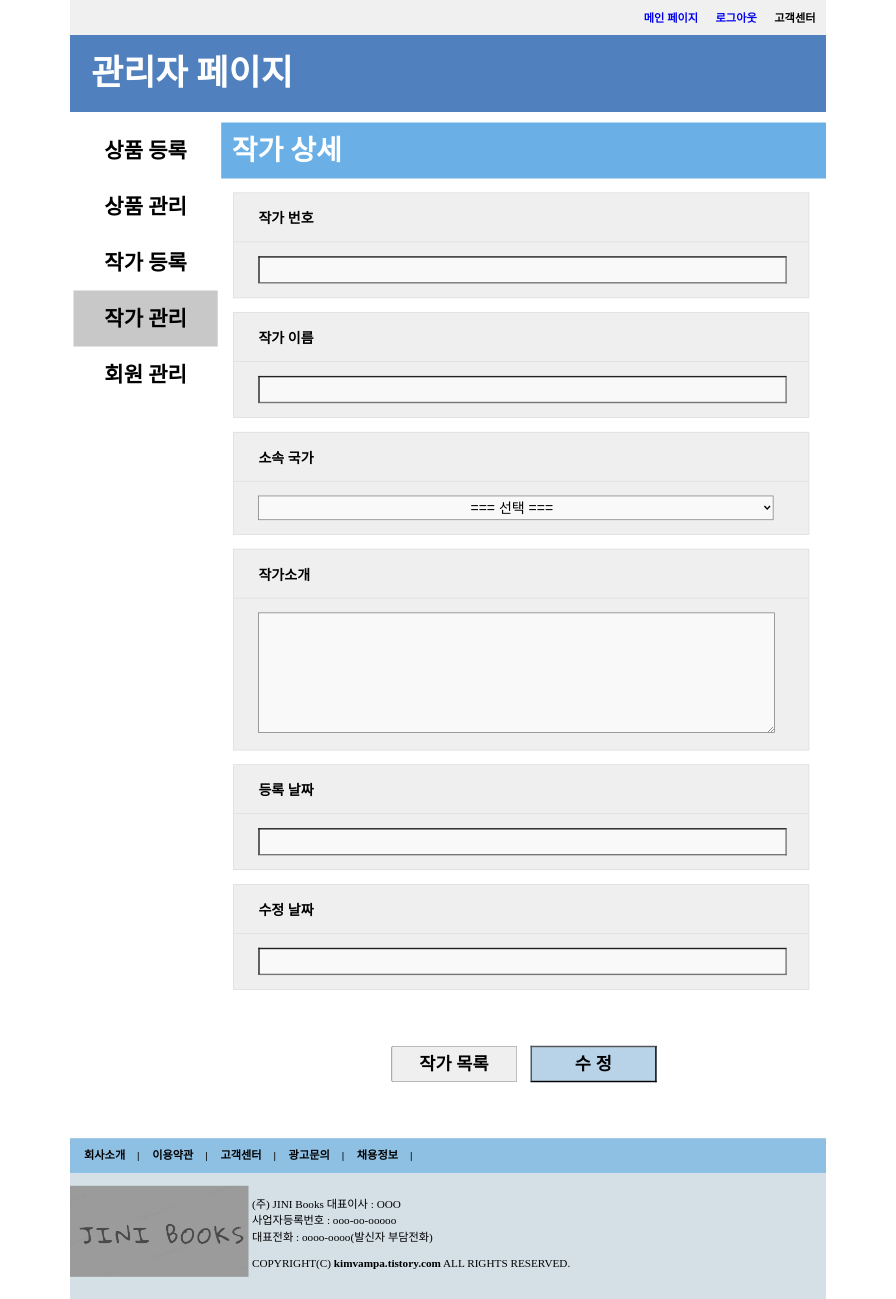
Repository: leechanjin7/ShoppingMall
Page: http://localhost/ShoppingMall/WEB-INF/views/admin/authorDetail.jsp
These files come from the project's save history. The page is drawn as it stood at one moment and after the next save; the edit follows.
The browser window is 1280 px wide. The pictures show the whole page, at 70% of full size.
After loading, the first visible `#cancelBtn` was clicked once.
The page is served by Tomcat 9. Nobody is signed in. Other server files are loaded and not shown. The template is opened directly, without the code that normally fills it, so the values that code supplies are empty.

Above is the page before, as saved 2023-09-08 05:10:33.

### workspace/ShoppingMall/src/main/webapp/WEB-INF/views/admin/authorDetail.jsp
<%@ page language="java" contentType="text/html; charset=UTF-8"
    pageEncoding="UTF-8"%>
<%@ taglib uri="http://java.sun.com/jsp/jstl/core" prefix="c" %>
<%@ taglib prefix="fmt" uri="http://java.sun.com/jsp/jstl/fmt"%>
<!DOCTYPE html>
<html>
<head>
<meta charset="UTF-8">
<title>Insert title here</title>
<link rel="stylesheet" href="../resources/css/admin/authorDetail.css">

<script
  src="https://code.jquery.com/jquery-3.4.1.js"
  integrity="sha256-WpOohJOqMqqyKL9FccASB9O0KwACQJpFTUBLTYOVvVU="
  crossorigin="anonymous"></script>
</head>
<body>
				<%@include file="../includes/admin/header.jsp" %>
                <div class="admin_content_wrap">
                    <div class="admin_content_subject"><span>작가 상세</span></div>
                    <div class="admin_content_main">
                   		<div class="form_section">
                   			<div class="form_section_title">
                   				<label>작가 번호</label>
                   			</div>
                   			<div class="form_section_content">
                   				<input class="input_block" name="authorId" readonly="readonly" value="<c:out value='${authorInfo.authorId }'></c:out>">

                   			</div>
                   		</div>
                   		<div class="form_section">
                   			<div class="form_section_title">
                   				<label>작가 이름</label>
                   			</div>
                   			<div class="form_section_content">
                   				<input class="input_block" name="authorName" readonly="readonly" value="<c:out value='${authorInfo.authorName }'></c:out>" >
                   			</div>
                   		</div>
                   		<div class="form_section">
                   			<div class="form_section_title">
                   				<label>소속 국가</label>
                   			</div>
                   			<div class="form_section_content">
                   				<select class="input_block" name="nationId" >
                   					<option value="none" selected disabled="disabled">=== 선택 ===</option>
                   					<option value="01" disabled="disabled" <c:out value=" ${authorInfo.nationId eq '01' ?'selected':''}"/>>국내</option>
                   					<option value="02" disabled="disabled" <c:out value=" ${authorInfo.nationId eq '02' ?'selected':''}"/>>국외</option>
                   				</select>
                   			</div>
                   		</div>
                   		<div class="form_section">
                   			<div class="form_section_title">
                   				<label>작가소개</label>
                   			</div>
                   			<div class="form_section_content">
                   				<textarea class="input_block" name="authorIntro" readonly="readonly"><c:out value='${authorInfo.authorIntro }'/></textarea>
                   			</div>
                   		</div>
                   		<div class="form_section">
                   			<div class="form_section_title">
                   				<label>등록 날짜</label>
                   			</div>
                   			<div class="form_section_content">
                   				<input class="input_block" type="text" readonly="readonly" value="<fmt:formatDate value="${authorInfo.regDate}" pattern="yyyy-MM-dd"/>">
                   			</div>
                   		</div>
                   		                   		                   		<div class="form_section">
                   			<div class="form_section_title">
                   				<label>수정 날짜</label>
                   			</div>
                   			<div class="form_section_content">
                   				<input class="input_block" type="text" readonly="readonly" value="<fmt:formatDate value="${authorInfo.updateDate}" pattern="yyyy-MM-dd"/>">
                   			</div>
                   		</div>
                   			<div class="btn_section">
                   				<button id="cancelBtn" class="btn">작가 목록</button>
	                    		<button id="modifyBtn" class="btn modify_btn">수 정</button>
	                    	</div>
                    </div>
                </div>

                <form id="moveForm" method="get">
                	<input type="hidden" name="authorId" value='<c:out value="${authorInfo.authorId }"/>'>
                	<input type="hidden" name="pageNum" value='<c:out value="${cri.pageNum }"/>'>
                	<input type="hidden" name="amount" value='<c:out value="${cri.amount }"/>' >
                	<input type="hidden" name="keyword" value='<c:out value="${cri.keyword }"/>'>
                </form>
				<%@include file="../includes/admin/footer.jsp" %>


<script>

	let meveForm = $("#moveForm");

	//작가 관리 페이지 이동 버튼
	$("#cancelBtn").on("click", function(e){

		e.preventDefault();
	})

</script>


</body>
</html>

### workspace/ShoppingMall/src/main/webapp/WEB-INF/views/includes/admin/header.jsp
<%@ page language="java" contentType="text/html; charset=UTF-8"
    pageEncoding="UTF-8"%>


    <div class="wrapper">
        <div class="wrap">
            <!-- gnv_area -->
            <div class="top_gnb_area">
                <ul class="list">
                    <li><a href="/main">메인 페이지</a></li>
                    <li><a href="/member/logout.do">로그아웃</a></li>
                    <li>고객센터</li>
                </ul>
            </div>
            <!-- top_subject_area -->
            <div class="admin_top_wrap">
                <span>관리자 페이지</span>

            </div>
            <!-- contents-area -->
            <div class="admin_wrap">
                <!-- 네비영역 -->
                <div class="admin_navi_wrap">
                  <ul>
                      <li >
                          <a class="admin_list_01" href="/admin/goodsEnroll">상품 등록</a>
                      </li>
                      <li>
                          <a class="admin_list_02" href="/admin/goodsManage">상품 관리</a>
                      </li>
                      <lI>
                          <a class="admin_list_03" href="/admin/authorEnroll">작가 등록</a>
                      </lI>
                      <lI>
                          <a class="admin_list_04" href="/admin/authorManage">작가 관리</a>
                      </lI>
                      <lI>
                          <a class="admin_list_05">회원 관리</a>
                      </lI>
                  </ul>
                </div>

### workspace/ShoppingMall/src/main/webapp/WEB-INF/views/includes/admin/footer.jsp
<%@ page language="java" contentType="text/html; charset=UTF-8"
    pageEncoding="UTF-8"%>

     <div class="clearfix"></div>
            </div>


        <!-- Footer 영역 -->
        <div class="footer_nav">
            <div class="footer_nav_container">
                <ul>
                    <li>회사소개</li>
                    <span class="line">|</span>
                    <li>이용약관</li>
                    <span class="line">|</span>
                    <li>고객센터</li>
                    <span class="line">|</span>
                    <li>광고문의</li>
                    <span class="line">|</span>
                    <li>채용정보</li>
                    <span class="line">|</span>
                </ul>
            </div>
        </div> <!-- class="footer_nav" -->

        <div class="footer">
            <div class="footer_container">

                <div class="footer_left">
                    <img src="resources/img/Logo.png">
                </div>
                <div class="footer_right">
                    (주) JINI Books    대표이사 : OOO
                    <br>
                    사업자등록번호 : ooo-oo-ooooo
                    <br>
                    대표전화 : oooo-oooo(발신자 부담전화)
                    <br>
                    <br>
                    COPYRIGHT(C) <strong>kimvampa.tistory.com</strong>    ALL RIGHTS RESERVED.
                </div>
                <div class="clearfix"></div>
            </div>
        </div> <!-- class="footer" -->

        </div>
    </div>

### workspace/ShoppingMall/src/main/webapp/resources/css/admin/authorDetail.css
@charset "UTF-8";
*{
	margin: 0;
	padding:0;
}
a{
	text-decoration: none;
}
ul{
    list-style: none;
}
/* 화면 전체 렙 */
.wrapper{
	width: 100%;
}
/* content 랩 */
.wrap{
	width : 1080px;
	margin: auto;
}
/* 홈페이지 기능 네비 */
.top_gnb_area{
	width: 100%;
    height: 50px;
    background-color: #f0f0f1;
    position:relative;
}
.top_gnb_area .list{
	position: absolute;
    top: 0px;
    right: 0;

}
.top_gnb_area .list li{
	list-style: none;
    float : left;
    padding: 13px 15px 0 10px;
    font-weight: 900;
    cursor: pointer;
}

/* 관리제 페이지 상단 현페이지 정보 */
.admin_top_wrap{
    height:110px;
    line-height: 110px;
    background-color: #5080bd;
    margin-bottom:15px;
}
.admin_top_wrap>span{
    margin-left: 30px;
    display:inline-block;
    color: white;
    font-size: 50px;
    font-weight: bolder;
}
/* 관리자 wrap(네비+컨텐츠) */
.admin_wrap{


}

/* 관리자페이지 네비 영역 */
.admin_navi_wrap{
    width: 20%;
    height: 300px;
    float:left;
    height: 100%;
}
.admin_navi_wrap li{
    display: block;
    height: 80px;
    line-height: 80px;
    text-align: center;
}
.admin_navi_wrap li a{
    display: block;
    height: 100%;
    width: 95%;
    margin: 0 auto;
    cursor: pointer;
    font-size: 30px;
    font-weight: bolder;
}
.admin_navi_wrap li a:link {color: black;}
.admin_navi_wrap li a:visited {color: black;}
.admin_navi_wrap li a:active {color: black;}
.admin_navi_wrap li a:hover {color: black;}

.admin_list_04{
    background-color: #c8c8c8;
}


/* 관리자페이지 컨텐츠 영역 */
.admin_content_wrap{
    width: 80%;
    float:left;
    min-height:700px;
}
/* 관리자 컨텐츠 제목 영역 */
.admin_content_subject{
    font-size: 40px;
    font-weight: bolder;
    padding-left: 15px;
    background-color: #6AAFE6;
    height: 80px;
    line-height: 80px;
    color: white;
}
/* 관리자 컨텐츠 메인 영역 */
.form_section{
	width: 95%;
    margin-left: 2%;
    margin-top: 20px;
    border: 1px solid #dbdde2;
    background-color: #efefef;
}
.form_section_title{
	padding: 20px 35px;
}
.form_section_title label{
	display: block;
    font-size: 20px;
    font-weight: 800;
}
.form_section_content{
	padding: 20px 35px;
    border-top: 1px solid #dbdde2;
}
.form_section_content input{
	width: 98%;
    height: 25px;
    font-size: 20px;
    padding: 5px 1%;
}
.form_section_content textarea{
    width: 98%;
    height: 170px;
    font-size: 20px;
}
.form_section_content select{
	width: 98%;
    height: 35px;
    font-size: 20px;
    text-align-last: center;
}
.input_block{
	background-color:#f9f9f9;
}


/* 버튼 영역 */
.btn_section{
	text-align: center;
	margin: 80px 0;
}
.btn{
    min-width: 180px;
    padding: 4px 30px;
    font-size: 25px;
    font-weight: 600;
    line-height: 40px;
}
.modify_btn{
	background-color: #b8d3e8;
	margin-left:15px;
}




/* footer navai 영역 */
.footer_nav{
	width:100%;
	height:50px;
}
.footer_nav_container{
	width: 100%;
	height: 100%;
	background-color:#8EC0E4;
}
.footer_nav_container>ul{
	font-weight : bold;
	float:left;
	list-style:none;
	position:relative;
	padding-top:10px;
	line-height: 27px;
	font-family: dotum;
	margin-left: 10px;
}
.footer_nav_container>ul>li{
	display:inline;
	width: 45px;
	height: 19px;
	padding: 10px 9px 0 10px;
}
.footer_nav_container>ul>span{
	margin: 0 4px;
}
/* footer 영역 */
.footer{
	width:100%;
	height:130px;
	background-color:#D4DFE6;
	padding-bottom : 50px;
}
.footer_container{
	width: 100%;
	height: 100%;
	margin: auto;
}
.footer_left>img {
	width: 150%;
    height: 130px;
    margin-left: -20px;
    margin-top: -12px;
}
.footer_left{
	float :left;
	width: 170px;
	margin-left: 20px;
	margin-top : 30px;

}
.footer_right{
	float :left;
	width: 680px;
	margin-left: 70px;
	margin-top : 30px;
}




/* float 속성 해제 */
.clearfix{
	clear: both;
}

After the next save:
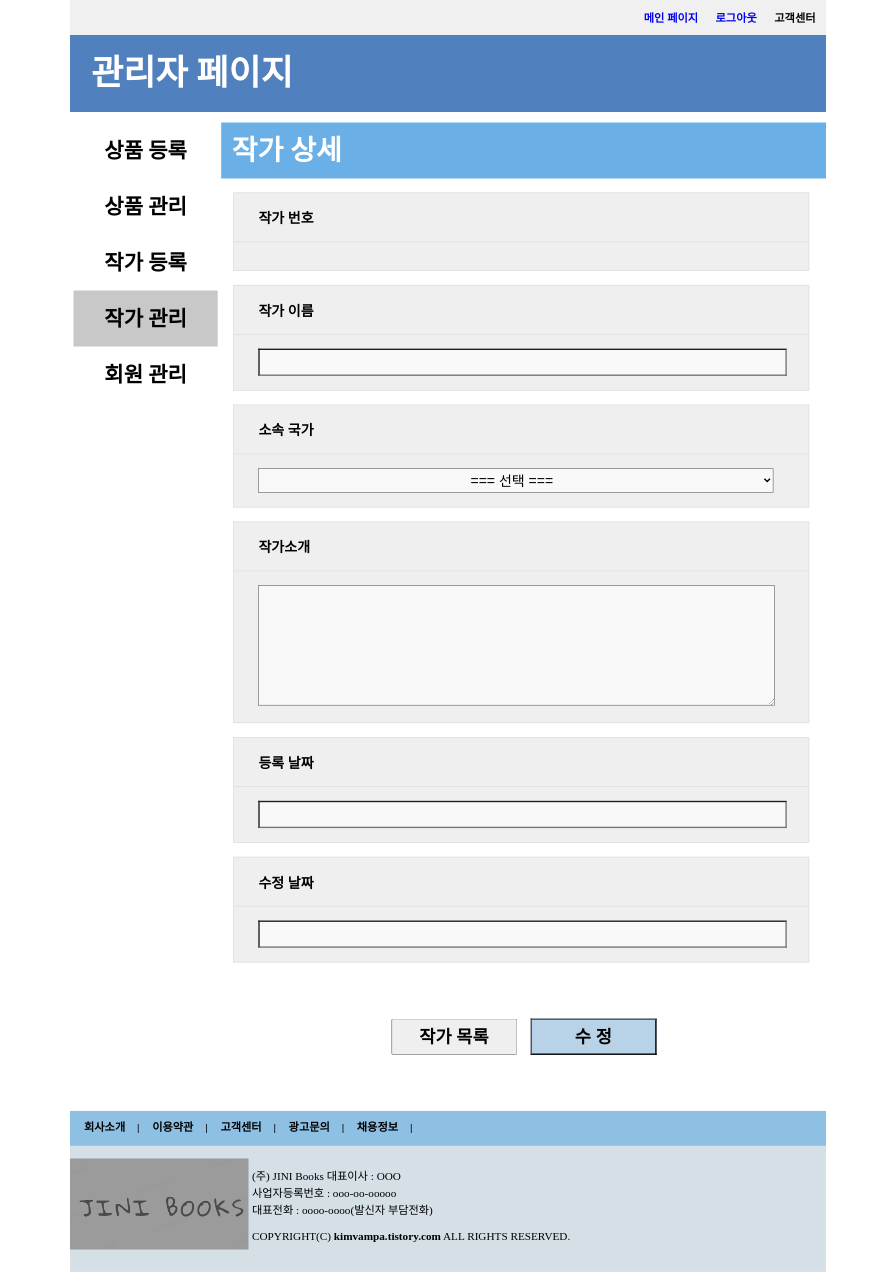
Console error: TypeError: moveForm.attr is not a function
Saved 109 s later.
--- a/workspace/ShoppingMall/src/main/webapp/WEB-INF/views/admin/authorDetail.jsp
+++ b/workspace/ShoppingMall/src/main/webapp/WEB-INF/views/admin/authorDetail.jsp
@@ -95,7 +95,13 @@
 	//작가 관리 페이지 이동 버튼
 	$("#cancelBtn").on("click", function(e){
 
+		//링크의 기본 동작을 중지할 수 있습니다.
+		//이를 통해 JavaScript로 링크 클릭 시 다른 동작을 수행하거나, 페이지를 다시 로드하지 않고도 내부 내용을 업데이트할 수 있습니다.
 		e.preventDefault();
+
+		$("input[name=authorId]").remove();
+		moveForm.attr("action", "/admin/authorManage");
+		moveForm.submit();
 	})
 
 </script>
